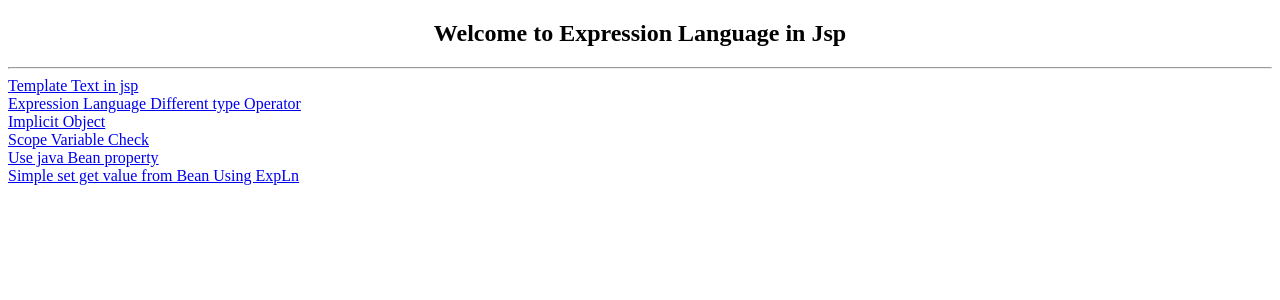
Repository: imrangthub/BlogUsingCoreJava
Page: http://localhost/StartingJsp_00/ExpressionLanguageOfJsp/index.jsp
The author's editor kept a copy of each file at every save. The page is drawn from the files as they stood at one save, then again after the next save.
The browser window is 1280 px wide. The pictures show the whole page.
The page is served by Tomcat 9. Other server files are loaded and not shown.

Above is the page before, as saved 2016-12-26 04:01:41.

### StartingJsp_00/WebContent/ExpressionLanguageOfJsp/index.jsp
<%@ page language="java" contentType="text/html; charset=ISO-8859-1"
    pageEncoding="ISO-8859-1"%>
<!DOCTYPE html PUBLIC "-//W3C//DTD HTML 4.01 Transitional//EN" "http://www.w3.org/TR/html4/loose.dtd">
<html>
<head>
<meta http-equiv="Content-Type" content="text/html; charset=ISO-8859-1">
<title>Expression Lan</title>
</head>
<body>
<h2 align="center">Welcome to Expression Language in Jsp</h2>
<hr/>
<a href="templateText.jsp">Template Text in jsp</a><br/>
<a href="expLanOperator.jsp">Expression Language Different type Operator</a><br/>
<a href="implicitObjectOrBiltinObj.jsp">Implicit Object</a><br/>
<a href="../scopeVarCheck">Scope Variable Check</a><br/>
<a href="../useBeanProperty">Use java Bean property</a><br/>
<a href="simpleSetGetPropertytoBeanExpLn.jsp"> Simple set get value from Bean Using ExpLn</a>

</body>
</html>

After the next save:
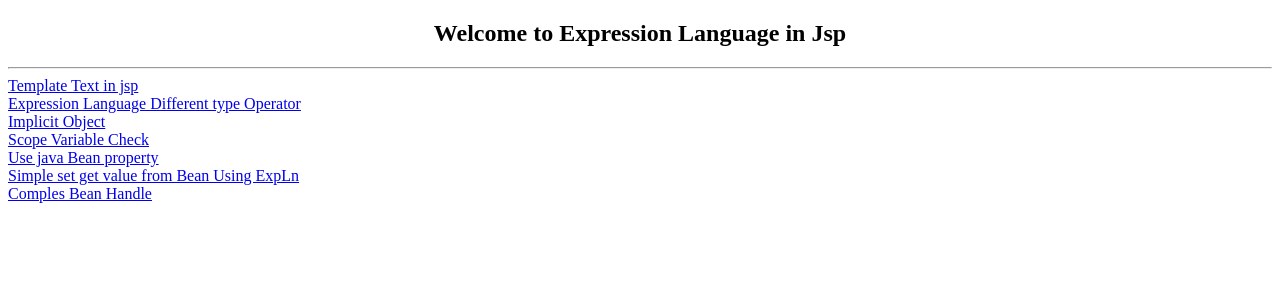
Saved 91 s later.
--- a/StartingJsp_00/WebContent/ExpressionLanguageOfJsp/index.jsp
+++ b/StartingJsp_00/WebContent/ExpressionLanguageOfJsp/index.jsp
@@ -14,7 +14,8 @@
 <a href="implicitObjectOrBiltinObj.jsp">Implicit Object</a><br/>
 <a href="../scopeVarCheck">Scope Variable Check</a><br/>
 <a href="../useBeanProperty">Use java Bean property</a><br/>
-<a href="simpleSetGetPropertytoBeanExpLn.jsp"> Simple set get value from Bean Using ExpLn</a>
+<a href="simpleSetGetPropertytoBeanExpLn.jsp"> Simple set get value from Bean Using ExpLn</a><br/>
+<a href="../complexBeanHandle">Comples Bean Handle</a>
 
 </body>
 </html>
